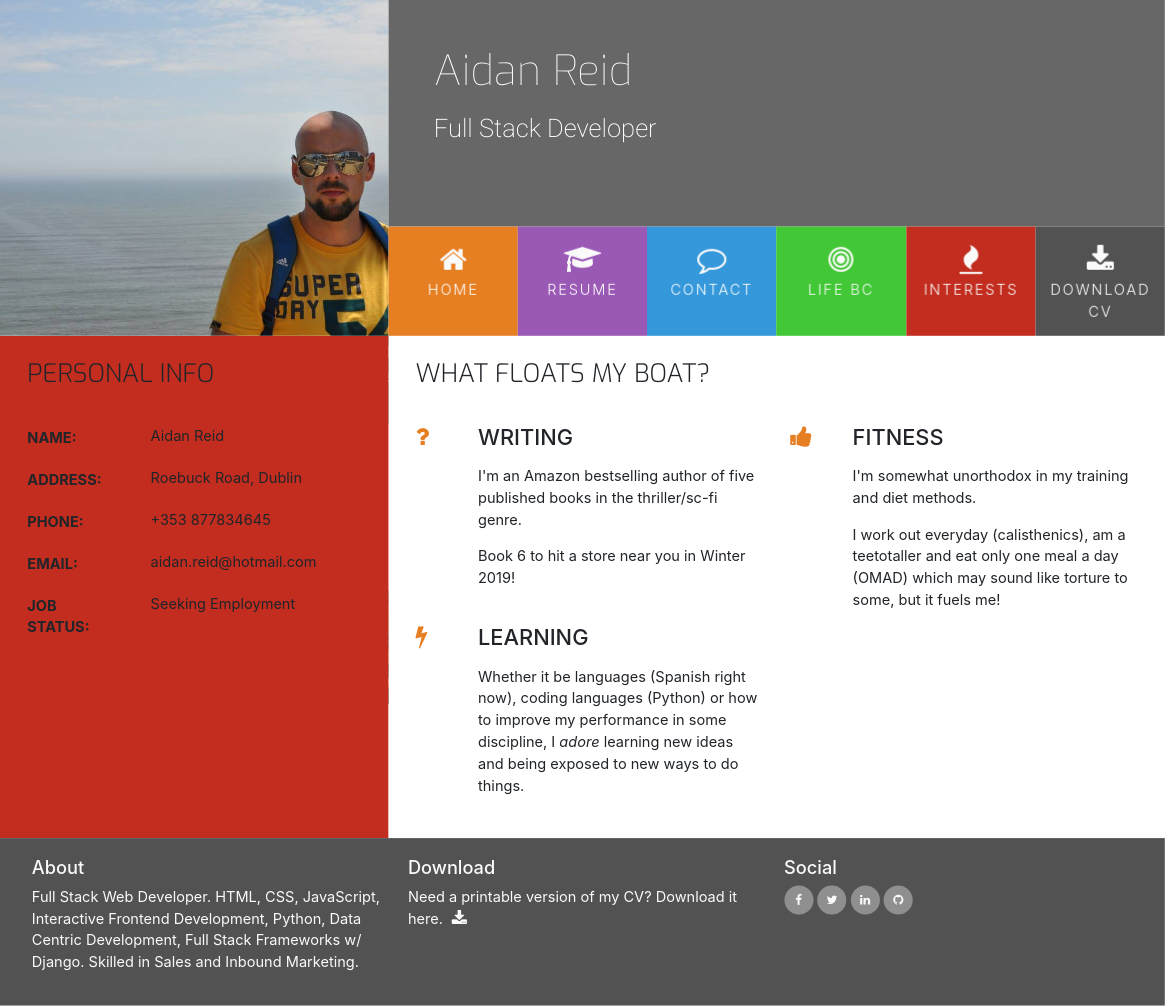
Repository: AidanJReid/Resume
Page: interests.html
The author's editor kept a record of every edit. The page is drawn from the files as they stood at one moment, then again after the next edit.
The browser window is 1280 px wide. The pictures show the whole page, at 91% of full size.

Above is the page before.

### interests.html
<!DOCTYPE html>
<html lang="en">

<head>
    <meta charset="UTF-8">
    <meta name="viewport" content="width=device-width, initial-scale=1.0">
    <meta http-equiv="X-UA-Compatible" content="ie=edge">
    <link rel="stylesheet" href="https://stackpath.bootstrapcdn.com/bootstrap/4.3.1/css/bootstrap.min.css" type="text/css" />
    <link rel="stylesheet" href="https://stackpath.bootstrapcdn.com/font-awesome/4.7.0/css/font-awesome.min.css" type="text/css" />
    <link rel="stylesheet" href="https://cdnjs.cloudflare.com/ajax/libs/hover.css/2.3.1/css/hover-min.css" type="text/css" />
    <link rel="stylesheet" href="assets/css/style.css" type="text/css" />
    <title>Aidan</title>
</head>

<body>
    <header>
        <div class="row no-gutters">
            <a href="index.html" class="col-lg-4 logo">

            </a>
            <div class="col-lg-8">
                <div class="row no-gutters bg-color-name-title">
                    <div class="col heading">
                        <h1 class="name">Aidan Reid</h1>
                        <h2 class="title">Full Stack Developer</h2>
                    </div>
                </div>
                <div class="row no-gutters">
                    <div class="col">
                        <ul id="nav" class="list-inline menucontainer">
                            <li class="col-6 col-sm-2 ui-menu-color-home list-inline-item menuitem">
                                <a href="index.html" class="hvr-sweep-to-bottom">
                                    <i class="fa fa-home" aria-hidden="true"></i>
                                    <span>Home</span>
                                </a>
                            </li>
                            <li class="col-6 col-sm-2 ui-menu-color-resume list-inline-item menuitem">
                                <a href="resume.html" class="hvr-sweep-to-bottom">
                                    <i class="fa fa-graduation-cap" aria-hidden="true"></i>
                                    <span>Resume</span>
                                </a>
                            </li>
                            <li class="col-6 col-sm-2 ui-menu-color-contact list-inline-item menuitem">
                                <a href="contact.html" class="hvr-sweep-to-bottom">
                                    <i class="fa fa-comment-o" aria-hidden="true"></i>
                                    <span>Contact</span>
                                </a>
                            </li>
                            <li class="col-6 col-sm-2 ui-menu-color-life list-inline-item menuitem">
                                <a href="life.html" class="hvr-sweep-to-bottom">
                                    <i class="fa fa-bullseye" aria-hidden="true"></i>
                                    <span>Life BC</span>
                                </a>
                            </li>
                            <li class="col-6 col-sm-2 ui-menu-color-interests list-inline-item menuitem">
                                <a href="interests.html" class="hvr-sweep-to-bottom">
                                    <i class="fa fa-fire" aria-hidden="true"></i>
                                    <span>Interests</span>
                                </a>
                            </li>
                            <li class="col-6 col-sm-2 ui-menu-color-download list-inline-item menuitem">
                                <a href="assets/CV/19AidReidCV.docx" target="_blank" class="hvr-sweep-to-bottom">
                                    <i class="fa fa-download" aria-hidden="true"></i>
                                    <span>Download CV</span>
                                </a>
                            </li>
                        </ul>
                    </div>
                </div>
            </div>
        </div>
    </header>
    <section class="container-fluid">
        <div class="row">
            <div class="col-md-4 bg-color-interests section-column">
                <div class="row">
                    <div class="col-12">
                        <h3 class="section-heading uppercase">Personal Info</h3>
                    </div>
                </div>
                <div class="personal-info-item">
                    <div class="key">
                        <p class="uppercase">
                            Name:
                        </p>
                    </div>
                    <div class="value">
                        <p>
                            Aidan Reid
                        </p>
                    </div>
                </div>
                <div class="personal-info-item">
                    <div class="key">
                        <p class="uppercase">
                            Address:
                        </p>
                    </div>
                    <div class="value">
                        <p>
                            Roebuck Road, Dublin
                        </p>
                    </div>
                </div>
                <div class="personal-info-item">
                    <div class="key">
                        <p class="uppercase">
                            Phone:
                        </p>
                    </div>
                    <div class="value">
                        <p>
                            +353 877834645
                        </p>
                    </div>
                </div>
                <div class="personal-info-item">
                    <div class="key">
                        <p class="uppercase">
                            Email:
                        </p>
                    </div>
                    <div class="value">
                        <p>
                            aidan.reid@hotmail.com
                        </p>
                    </div>
                </div>
                <div class="personal-info-item">
                    <div class="key">
                        <p class="uppercase">
                            Job Status:
                        </p>
                    </div>
                    <div class="value">
                        <p>
                            Seeking Employment
                        </p>
                    </div>
                </div>
            </div>
            <div class="col-md-8 bg-color-three-reasons section-column">
                <div class="row">
                    <div class="col">
                        <h3 class="section-heading uppercase">What floats my boat?</h3>
                    </div>
                </div>
                <div class="row">
                    <div class="col-10 offset-1 offset-sm-0 col-sm-4 col-md-6">
                        <div class="row">
                            <div class="col-2">
                                <i class="three-reasons-icon fa fa-question" aria-hidden="true"></i>
                            </div>
                            <div class="col-10">
                                <h4 class="three-reasons-heading uppercase" aria-hidden="true">Writing</h4>
                                <p>
                                    I'm an Amazon bestselling author of five published books in the thriller/sc-fi genre.
                                </p>
                                <p>Book 6 to hit a store near you in Winter 2019!</p>
                            </div>
                        </div>
                    </div>
                    <div class="col-10 offset-1 offset-sm-0 col-sm-4 col-md-6">
                        <div class="row">
                            <div class="col-2">
                                <i class="three-reasons-icon fa fa-thumbs-up" aria-hidden="true"></i>
                            </div>
                            <div class="col-10">
                                <h4 class="three-reasons-heading uppercase" aria-hidden="true">Fitness</h4>
                                <p>
                                    I'm somewhat unorthodox in my training and diet methods.</p>
                                <p> I work out everyday (calisthenics), am a teetotaller and eat only one meal a day (OMAD) which may sound like torture to some, but it fuels me!
                                </p>
                            </div>
                        </div>
                    </div>
                    <div class="col-10 offset-1 offset-sm-0 col-sm-4 col-md-6">
                        <div class="row">
                            <div class="col-2">
                                <i class="three-reasons-icon fa fa-bolt" aria-hidden="true"></i>
                            </div>
                            <div class="col-10">
                                <h4 class="three-reasons-heading uppercase" aria-hidden="true">Learning</h4>
                                <p>
                                    Whether it be languages (Spanish right now), coding languages (Python) or how to improve my performance in some discipline, I <em>adore</em> learning new ideas and being exposed to new ways to do things.
                                </p>
                            </div>
                        </div>
                    </div>
                </div>
            </div>

    </section>
    <footer class="container-fluid">
        <div id="footer-details" class="row">
            <div class="col-sm-4">
                <h5 class="uppercase-general-sub">About</h5>
                <p class="inline-block">
                    Full Stack Web Developer. HTML, CSS, JavaScript, Interactive Frontend Development, Python, Data Centric Development, Full Stack Frameworks w/ Django. Skilled in Sales and Inbound Marketing.
                </p>
            </div>
            <div class="col-sm-4">
                <h5 class="uppercase-general-sub">Download</h5>
                <p class="inline-block">
                    Need a printable version of my CV? Download it here.
                    <a href="assets/CV/19AidReidCV.docx" target="_blank" class="cv-pdf">
                        <i class="fa fa-download" aria-hidden="true"></i>
                        <span class="sr-only">Download link.</span>
                    </a>
                </p>
            </div>
            <div class="col-sm-4">
                <h5 class="uppercase-general-sub">Social</h5>
                <ul class="list-inline social-links">
                    <li class="list-inline-item">
                        <a href="https://www.facebook.com/aidanjreidauthor/" target="_blank">
                            <i class="fa fa-facebook" aria-hidden="true"></i>
                            <span class="sr-only">Facebook</span>
                        </a>
                    </li>
                    <li class="list-inline-item">
                        <a href="https://twitter.com/AidanJReid" target="_blank">
                            <i class="fa fa-twitter" aria-hidden="true"></i>
                            <span class="sr-only">Twitter</span>
                        </a>
                    </li>
                    <li class="list-inline-item">
                        <a href="https://www.linkedin.com/in/aidanreid/" target="_blank">
                            <i class="fa fa-linkedin" aria-hidden="true"></i>
                            <span class="sr-only">Linkedin</span>
                        </a>
                    </li>
                    <li class="list-inline-item">
                        <a href="https://github.com/AidanJReid" target="_blank">
                            <i class="fa fa-github" aria-hidden="true"></i>
                            <span class="sr-only">Github</span>
                        </a>
                    </li>
                </ul>
            </div>
        </div>

    </footer>

</body>

</html>

### assets/css/style.css
@import url('https://fonts.googleapis.com/css?family=Roboto:100,200,300,400,500,600,700|Exo:100,200,300,400,500,600,700');

/* -----------------------------------Colours */

.bg-color-name-title {
    background-color: #676767;
}

.bg-color-three-reasons {
    background-color: #fff;
}

.bg-color-personal-info {
    background-color: #f4f4f4;
}

.bg-color-work-history {
    background-color: #9b59b6;
}

.bg-color-contact {
    background-color: #fff;
}

.bg-color-interests {
    background-color: #c22d1f;
}

.bg-color-life {
    background-color: #42c736;
}

.ui-menu-color-home {
    background-color: #e67e22;
}

.ui-menu-color-resume {
    background-color: #9b59b6;
}

.ui-menu-color-life {
    background-color: #42c736;
}

.ui-menu-color-interests {
    background-color: #c22d1f;
}

.ui-menu-color-contact {
    background-color: #3498db;
}

.ui-menu-color-download {
    background-color: #525252;
}



/* -----------------------------------Special paddings/margins/text */

h1,
h2,
h3,
h4 {
    margin: 0;
}

.uppercase {
    text-transform: uppercase;
}

.general-sub {
    font-family: "Exo", sans-serif;
    font-weight: 300;
    color: #fafafa;
}

.inline-block {
    display: inline-block;
}

.row-table {
    display: table;
}

.section-column {
    display: table-cell;
    padding: 0 30px 30px;
    float: none;
}

.history-heading,
.section-heading {
    font-family: "Exo", sans-serif;
    font-weight: 300;
    margin-top: 25px;
    margin-bottom: 40px;
}

.section-heading-flip {
    color: #fafafa;
}

/* -----------------------------------Heading */

header {
    margin: 0;
}

.heading {
    margin-left: 50px;
}

.logo {
    background: url("../images/AJ.jpg");
    background-position: center;
    background-repeat: no-repeat;
    background-size: cover;
    min-height: 360px;
    transition: all .5s ease-in-out;
    -moz-transition: all .5s ease-in-out;
    -webkit-transition: all .5s ease-in-out;
}

.name {
    font-family: "Exo", sans-serif;
    font-weight: 100;
    font-size: 46px;
    margin-top: 50px;
    color: #fff;
}

.title {
    font-family: "Roboto", sans-serif;
    font-weight: 200;
    font-size: 28px;
    margin-top: 20px;
    margin-bottom: 90px;
    color: #fff;
}


.list-inline-item:not(:last-child) {
    margin: 0;
}

.menucontainer {
    font-size: 0;
}

#nav {
    margin: 0;
}

#nav li {
    font-size: 14px;
    padding: 0;
}

.menuitem {
    height: 120px;
    text-align: center;
    padding: 0;
}

.menuitem a {
    width: 100%;
    text-decoration: none;
    color: #fff;
    height: 120px;
}

.menuitem a i {
    padding-top: 20px;
    display: block;
    color: #fafafa;
    font-size: 32px;
}

.menuitem span {
    display: block;
    width: 100%;
    padding-top: 5px;
    text-align: center;
    text-transform: uppercase;
    font-size: 16px;
    font-weight: 300;
    letter-spacing: 2px;
}

/* -----------------------------------Hover.css */

.hvr-sweep-to-bottom:before {
    background: rgba(0, 0, 0, 0.2);
    height: 120px;
}

/* -----------------------------------Footer */

footer {
    background-color: #525252;
    color: #fafafa;
    min-height: 120px;
    margin: 0;
}

.cv-pdf i {
    font-size: 18px;
    color: #fafafa;
    text-align: center;
    padding-left: 5px;
    transition: all 0.35s ease-in-out;
    -moz-transition: all 0.35s ease-in-out;
    -webkit-transition: all 0.35s ease-in-out;
    -o-transition: all 0.35s ease-in-out;
}

.cv-pdf i:hover {
    color: #e84610;
}

.social-links {
    padding-bottom: 15px;
}

.social-links li a i {
    width: 32px;
    height: 32px;
    padding: 12px 0;
    border-radius: 50%;
    font-size: 13px;
    line-height: 7px;
    text-align: center;
    color: #fafafa;
    background: #8f8f8f;
    transition: all 0.35s ease-in-out;
    -moz-transition: all 0.35s ease-in-out;
    -webkit-transition: all 0.35s ease-in-out;
    -o-transition: all 0.35s ease-in-out;
}

.social-links li a i:hover {
    background: #e84610;
}

#footer-details {
    padding: 20px;
}

/* -----------------------------------3 reasons */

.three-reasons-icon {
    font-size: 26px;
    color: #e67e22;
}

.three-reasons-heading {
    margin-bottom: 15px;
}

/* -----------------------------------Personal Info */

.personal-info-item {
    margin-bottom: 20px;
    display: block;
    clear: both;
}

.personal-info-item .key,
.personal-info-item .value {
    padding-right: 8px;
    display: inline-block;
}

.personal-info-item .key p,
.personal-info-item .value p {
    margin: 0;
}

.personal-info-item .key {
    width: 30%;
    margin-right: 21px;
    padding-top: 2px;
    vertical-align: top;
}

.personal-info-item .key p {
    font-weight: 700;
}

.personal-info-item .value {
    position: relative;
    width: 60%;
}

/* -----------------------------------Skills */

.progress {
    position: relative;
    height: 25px;
    margin-bottom: 4px;
}

.progress-type {
    position: absolute;
    left: 0px;
    font-weight: 400;
    padding: 3px 30px 2px 10px;
    color: #fafafa;
    background-color: rgba(25, 25, 25, 0.2);
}

.progress-section {
    margin: 40px 20px;
}

/* -----------------------------------Work History */

.history-heading {
    color: #fafafa;
    margin-bottom: 50px;
}

.timeline-item {
    padding: 4em 2em 0em 2em;
    position: relative;
    color: #fafafa;
    border-left: 1px solid;
}

.timeline-item p {
    padding: 0;
    margin: 0;
}

.timeline-item:before {
    content: attr(data-dates);
    position: absolute;
    left: 2.5em;
    top: 3em;
    display: block;
    font-family: "Exo", sans-serif;
    font-weight: 500;
    font-size: 0.8em;
    padding: 0;
    margin: 0;
}

.timeline-item:after {
    width: 12px;
    height: 12px;
    display: block;
    top: 2.4em;
    position: absolute;
    left: -6px;
    border-radius: 12px;
    content: '';
    background: #fafafa;
}

.history-items {
    margin-bottom: 30px;
}

/* -----------------------------------Contact Form */

.contact-heading {
    font-family: "Exo", sans-serif;
    font-weight: 300;
    margin-top: 25px;
    margin-bottom: 20px;
}

.center-form {
    padding-top: 10px;
    margin: 0 auto;
    max-width: 70%;
}

button[type="submit"] {
    margin-top: 15px;
    margin-bottom: 20px;
    color: #fafafa;
    background-color: #e84610;
}

/* -----------------------------------Media Queries */

@media(min-width: 992px) {
    .center-form {
        padding-top: 30px;
        min-height: 240px;
        margin: 0 auto;
        max-width: 50%;
    }
}

After the next edit:
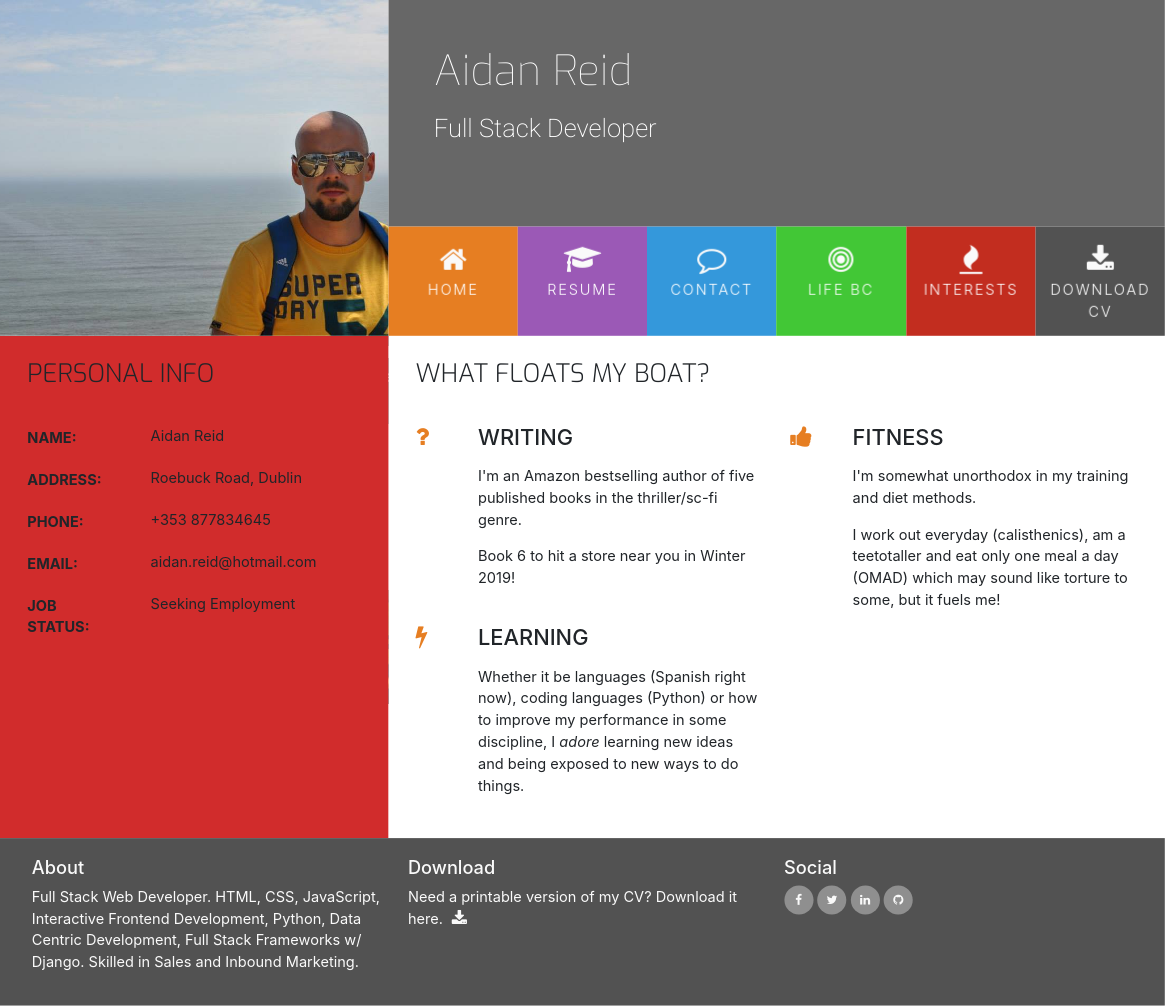
The edit:
--- a/assets/css/style.css
+++ b/assets/css/style.css
@@ -23,7 +23,7 @@
 }
 
 .bg-color-interests {
-    background-color: #c22d1f;
+    background-color: #d12c2c;
 }
 
 .bg-color-life {
